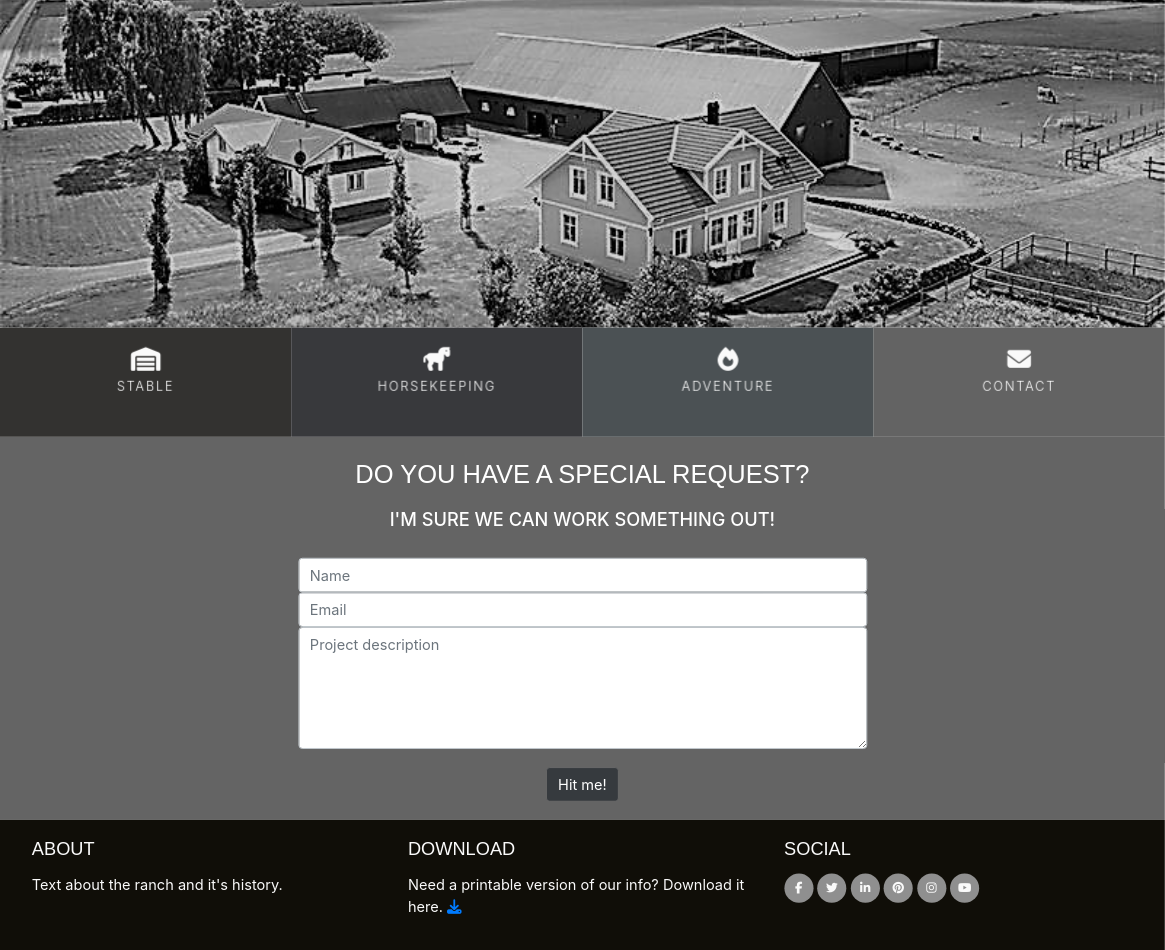
Repository: Jadehammar/frontendmilestone
Page: contact.html
The author's editor kept a record of every edit. The page is drawn from the files as they stood at one moment, then again after the next edit.
The browser window is 1280 px wide. The pictures show the whole page, at 91% of full size.
Backgrounds fixed to the window are drawn as part of the page. Some web libraries are served in a nearby version.

Above is the page before.

After the next edit:
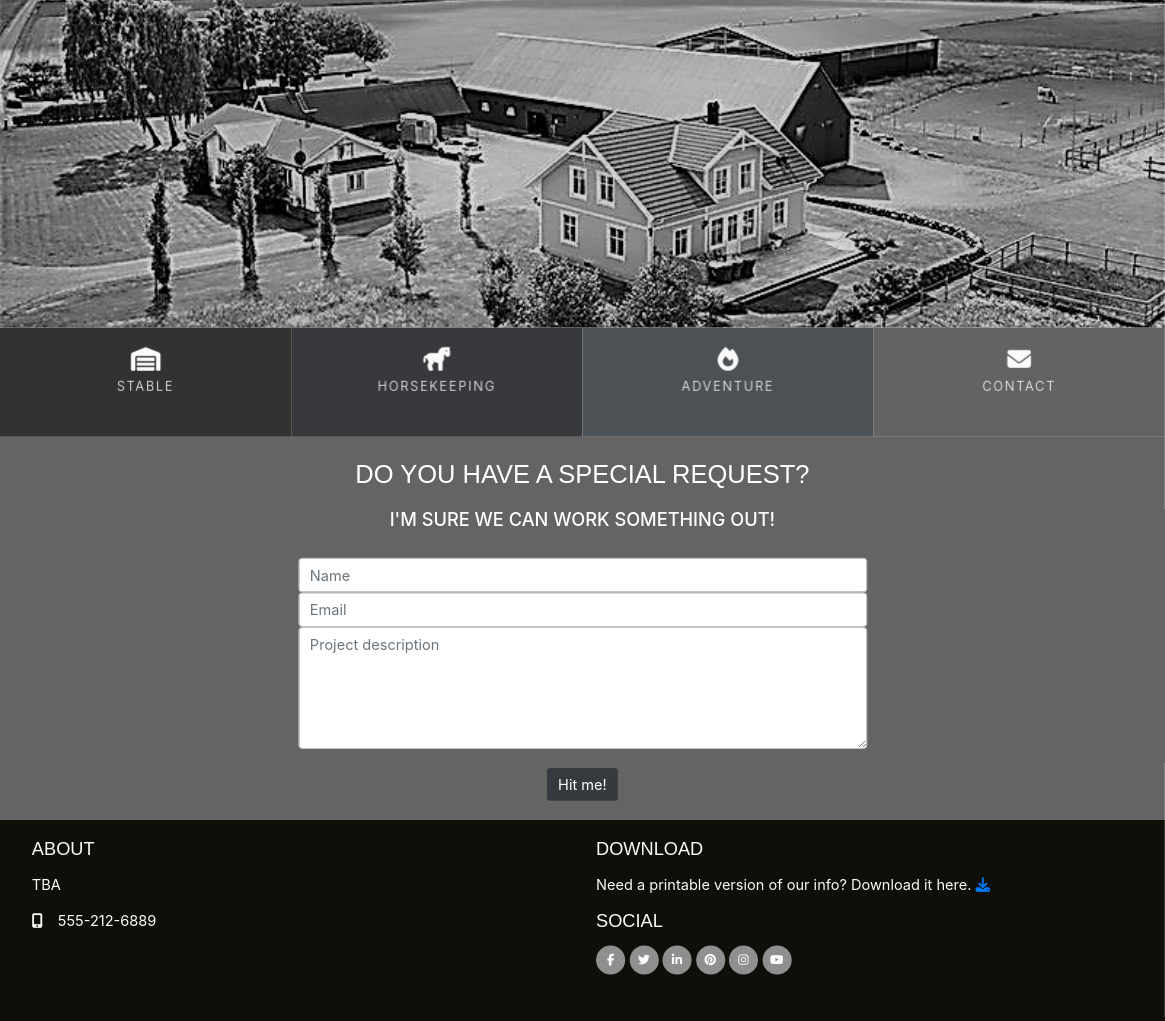
The edit:
--- a/contact.html
+++ b/contact.html
@@ -65,19 +65,26 @@
     </section>
     <footer class="container-fluid">
         <div id="footer-details" class="row">
-            <div class="col-sm-4">
+            <div class="col-sm-6">
                 <h5 class="uppercase general-sub">About</h5>
                 <p class="inline-block">
-                    Text about the ranch and it's history.
+                    TBA
                 </p>
             </div>
-            <div class="col-sm-4">
+            <div class="col-sm-6">
                 <h5 class="uppercase general-sub">Download</h5>
                 <p class="inline-block">
                     Need a printable version of our info? Download it here.
                     <a href="assets/CV/CV.pdf" taraget="_blank" class="cv-pdf">
                         <i class="fa fa-download" aria-hidden="true"></i>
                         <span class="sr-only">Download link.</span>
+                    </a>
+                </p>
+            </div>
+            <div class="col-sm-6">
+                <i class="fa fa-mobile" aria-hidden="true" style="padding-right: 12px;"></i>
+                <p class="inline-block"> 555-212-6889
+                    <span class="sr-only">Phone.</span>
                     </a>
                 </p>
             </div>
@@ -123,7 +130,6 @@
                 </ul>
             </div>
         </div>
-
     </footer>
     <script src="https://kit.fontawesome.com/d636ceede3.js"></script>
 </body>
